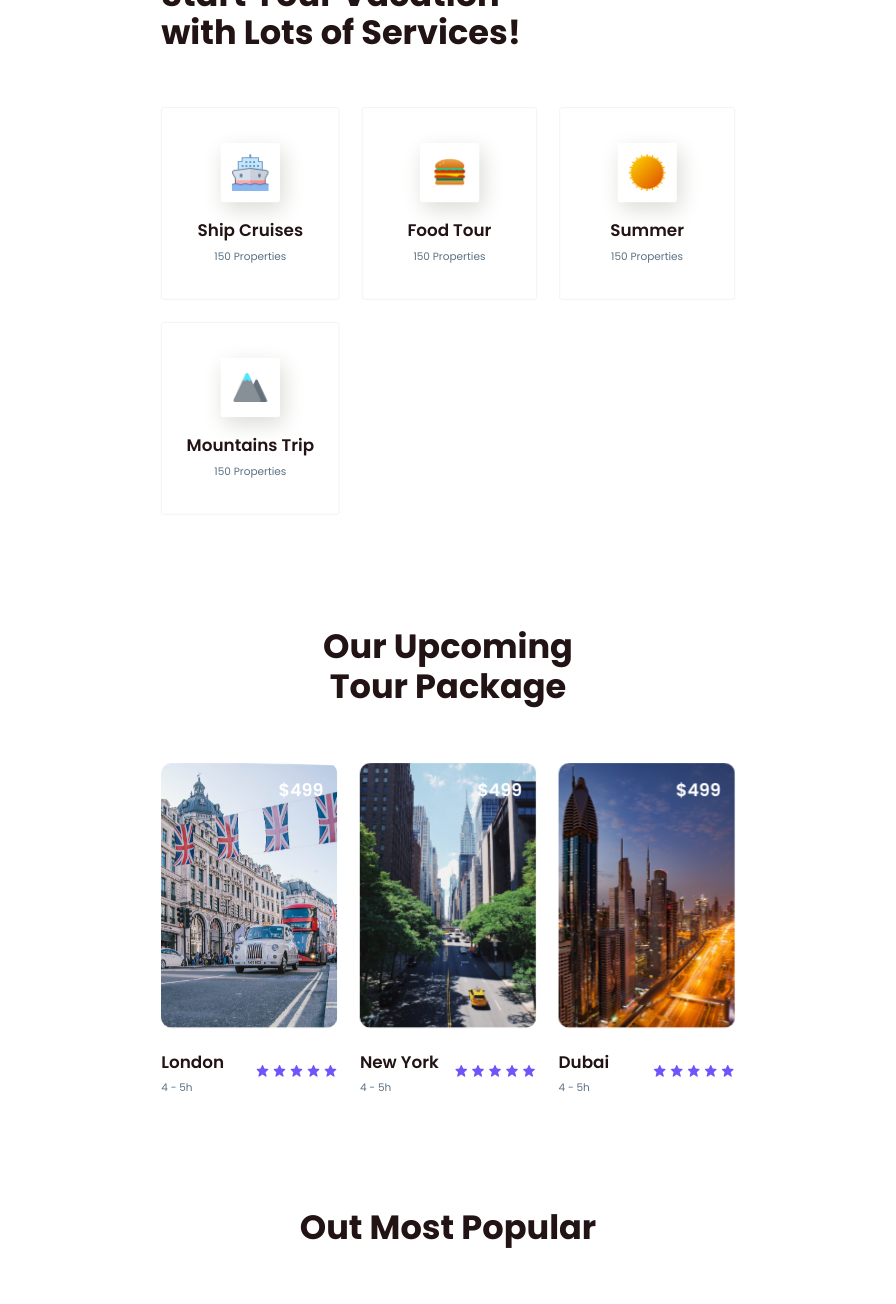
Repository: iamwind-dev/QLTourDuLich
Page: index.html
These files come from the project's save history. The page is drawn as it stood at one moment and after the next save; the edit follows.
The browser window is 1280 px wide. The pictures show the part of the page from y = 833 to 2753 px (the page is 2696 px tall before and 2753 px after), at 70% of full size.
Some web fonts or font styles are not loaded; a fallback is used.

Above is the page before, as saved 2023-11-06 00:19:30.

### index.html
<!DOCTYPE htmL>
<html>

<head>
    <meta charset="utf-8">
    <meta name="viewport" content="width=device-width, initial-scale=1" > <title>Complete Travel Website Html Css
    </title>
    <link rel="stylesheet" type="text/css" href="./css/style.css">
    <link rel="stylesheet" href="https://unpkg.com/boxicons@latest/css/boxicons.min.css">
    <link rel="preconnect" href="https://fonts-googleapis.com" >
    <link rel="preconnect" href="https://fonts.gstatic.com" crossorigin>
    <link href="https://fonts.googleapis.com/css2?family=Paytone+One&family=Poppins:wght@100;200;300;400;500;600;700;800;900&display=swap" rel="stylesheet">
</head>
<body>
<!-- header -->

<header>
    <a href="#" class="logo">Travel</a>
    <div class="bx bx-menu" id="menu-icon"></div>
        <ul class="navbar">
            <li><a href="#">Home</a></li>
            <li><a href="#">Package</a></li>
            <li><a href="#">Destination</a></li>
            <li><a href="#">Contact Us</a></li>
        </ul>
</header>
<!-- Home section -->

<section class="home" id="home">
    <div class="home-text">
        <h1>Duong <br> Travel</h1>
        <p>EMmdadas</p>
        <a href="#" class="home-btn">Let go now</a>
    </div>
</section>
<!-- Container -->
<section class="container">
    <div class="text">
        <h2>Start Your Vacation <br>with Lots of Services!</h2>
    </div>
    <div class="row-items">
        <div class="container-box">
            <div class="container-img">
                <img src="./img/icons8-ship-80.png" alt="">
            </div>
            <h4>Ship Cruises</h4>
            <p>150 Properties</p>
        </div>

        <div class="container-box">
            <div class="container-img">
                <img src="./img/icons8-hamburger-80.png" alt="">
            </div>
            <h4>Food Tour</h4>
            <p>150 Properties</p>
        </div>

        <div class="container-box">
            <div class="container-img">
                <img src="./img/icons8-summer-80.png" alt="">
            </div>
            <h4>Summer</h4>
            <p>150 Properties</p>
        </div>

        <div class="container-box">
            <div class="container-img">
                <img src="./img/icons8-mountain-80.png" alt="">
            </div>
            <h4>Mountains Trip</h4>
            <p>150 Properties</p>
        </div>

    </div>
</section>

<!-- Package Section -->

<section class="package" id="package">
    <div class="title">
        <h2>
            Our Upcoming <br> Tour Package
        </h2>
    </div>
    <div class="package-content">
        <div class="box">
            <div class="thum">
                <img src="./img/sabrina-mazzeo-g-krQzQo9mI-unsplash.jpg" alt="" width="200px" style="border-radius: 15px;">
                <h3>$499</h3>
            </div>
            <div class="dest-content">
                <div class="location">
                    <h4>London</h4>
                    <p>4 - 5h</p>
                </div>
                <div class="stars">
                    <a href="#">
                        <i class="bx bxs-star"></i>
                    </a>
                    <a href="#">
                        <i class="bx bxs-star"></i>
                    </a>
                    <a href="#">
                        <i class="bx bxs-star"></i>
                    </a>
                    <a href="#">
                        <i class="bx bxs-star"></i>
                    </a>
                    <a href="#">
                        <i class="bx bxs-star"></i>
                    </a>
                </div>
            </div>
        </div>

        <div class="box">
            <div class="thum">
                <img src="./img/robert-bye-WTPp4wgourk-unsplash.jpg" alt="" width="200px" style="border-radius: 15px;">
                <h3>$499</h3>
            </div>
            <div class="dest-content">
                <div class="location">
                    <h4>New York</h4>
                    <p>4 - 5h</p>
                </div>
                <div class="stars">
                    <a href="#">
                        <i class="bx bxs-star"></i>
                    </a>
                    <a href="#">
                        <i class="bx bxs-star"></i>
                    </a>
                    <a href="#">
                        <i class="bx bxs-star"></i>
                    </a>
                    <a href="#">
                        <i class="bx bxs-star"></i>
                    </a>
                    <a href="#">
                        <i class="bx bxs-star"></i>
                    </a>
                </div>
            </div>
        </div>

        <div class="box">
            <div class="thum">
                <img src="./img/ryan-miglinczy-02n9_v-d1yY-unsplash.jpg" alt="" width="200px" style="border-radius: 15px;">
                <h3>$499</h3>
            </div>
            <div class="dest-content">
                <div class="location">
                    <h4>Dubai</h4>
                    <p>4 - 5h</p>
                </div>
                <div class="stars">
                    <a href="#">
                        <i class="bx bxs-star"></i>
                    </a>
                    <a href="#">
                        <i class="bx bxs-star"></i>
                    </a>
                    <a href="#">
                        <i class="bx bxs-star"></i>
                    </a>
                    <a href="#">
                        <i class="bx bxs-star"></i>
                    </a>
                    <a href="#">
                        <i class="bx bxs-star"></i>
                    </a>
                </div>
            </div>
        </div>



    </div>
</section>

<!-- Destination -->
<section>
    <div class="destination" id="destination">
        <div class="title">
            <h2>Out Most Popular <br> </h2>
        </div>
    </div>
</section>
<!-- link to JS -->
  <script type="text/javascript" src="./js/script.js"></script>
</body>

</html>

### css/style.css
*{
padding: 0;
margin: 0;
box-sizing: border-box;
font-family: 'Poppins', sans-serif;
text-decoration: none;
list-style: none;
scroll-behavior: smooth;
}
:root{
--bg-color: #fff;
--text-color: #221314;
--second-color: #5a7184;
--main-color: #6e54fa;
--big-font: 6rem;
--h2-font: 3rem;
--p-font: 1.1rem;
}
body{
    background: var(--bg-color);
    color: var(--text-color);
}
header{
    position: fixed;
    top: 0;
    right: 0;
    width: 100%;
    z-index: 1000;
    display: flex;
    align-items: center;
    justify-content: space-between;
    background: transparent;
    padding: 30px 18%;
    transition: ease .40s;
}

.logo{
    font-size: 35px;
    font-weight: 600;
    letter-spacing: 1px;
    color: var(--bg-color);

}

.navbar{
    display: flex;

}

.navbar a{
    color: var(--bg-color);
    font-size: var(--p-font);
    font-weight: 500;
    padding:10px 22px;
    border-radius: 4px;
    transition: ease .40s;

}

.navbar a:hover{
    background: var(--bg-color);
    color: var(--text-color);
    box-shadow: 5px 10px 30px rgb(85 85 85/20%);
    border-radius: 4px;
}

#menu-icon{
    color: var(--bg-color);
    font-size: 35px;
    z-index: 10001;
    cursor: pointer;
    display: none;
}

section{
    padding: 80px 18%;
}
.home{
    position: relative;
    width: 100%;
    height: 100vh;
    background: url(/img/wallpaperflare.com_wallpaper3.jpg);
    background-size: cover;
    background-position: center;
    display: grid;
    grid-template-columns: repeat(1,1fr);
    align-items: center;
}
.home-text h1{
 font-size: var(--big-font);
 line-height: 1.2;
 color: var(--bg-color);
 font-family: 'Paytone One', sans-serif;
 letter-spacing: 4px;
 margin-bottom: 20px;
}

.home-text p{
    color: #ffffffbf;
    font-size: 20px;
    font-weight: 400;
    line-height: 38px;
    margin-bottom: 50px;

}
.home-btn{
    display: inline-block;
    font-size: 16px;
    padding: 15px 30px;
    background: #ffffffbf;
    color: var(--main-color);
    border-radius: 4px;
    transition: ease .40s;
}
.home-btn:hover{
    background: var(--bg-color);
    transform: scale(1.1);

}
header.sticky{
    background: var(--bg-color);
    padding: 10px 18%;
    box-shadow: rgba(33, 35, 38, 0.1) 0px 10px 10px -10px;
}
.sticky .logo{
    color: var(--text-color);
}
.sticky .navbar a{
    color: var(--text-color);
}
.text h2{
    font-size: var(--h2-font);
    line-height: 1.1;

}

.row-items{
    display: grid;
    grid-template-columns: repeat(auto-fit,minmax(200px,auto));
    grid-gap: 2rem;
    align-items: center;
    text-align: center;
    margin-top: 5rem;

}
.container-box{
    background: var(--bg-color);
    border: 1px solid #f0eded;
    padding: 50px 10px;
    border-radius: 4px;
    transition: all 1s ease 0s ;
    cursor: pointer;
}
.container-img img{
    height: 85px;
    width: 85px;
    padding: 15px;
    background: var(--bg-color);
    box-shadow: 5px 10px 30px rgb(219, 219, 214);
    border-radius: 4px;
    margin-bottom: 15px;
    cursor: pointer;
}
.container-box h4{
    font-size: 24px;
    font-weight: 600;
    margin-bottom: 8px;

}

.container-box p{
    font-size: 15px;
    color: var(--second-color);

}
.container-box:hover{
    box-shadow: 5px 30px 56.1276px rgb(160, 159, 159);
    border: 1px solid transparent;
    transform: translateY(-3px);
}
.title{
    text-align: center;
}
.title h2{
    font-size: var(--h2-font);
    line-height: 1.2;
}

.package-content{
    display: grid;
    grid-template-columns: repeat(auto-fit,minmax(200px,auto));
    grid-gap: 2rem;
    align-items: center;
    margin-top: 5rem;
}
.thum{
    position: relative;
    transition: all .3s cubic-bezier(.445,.05,.55.95);
    will-change: filter;
    cursor: pointer;
}
.thum img{
    width: 100%;
    height: auto;

}

.thum h3{
    position: absolute;
    font-size: 25px;
    font-weight: 600;
    text-align: right;
    color: var(--bg-color);
    top:20px;
    right: 20px;
}
.dest-content{
    display: flex;
    flex-wrap: wrap;
    align-items: center;
    justify-content: space-between;
    padding-top: 24px;

}

.stars i{
    color: var(--main-color);
    font-size: 20px;

}

.location h4{
    font-size: 24px;
    font-weight: 600;
    margin-bottom: 8px;

}

.location p{
    font-size: 15px;
    color: var(--second-color);

}

.thum:hover{
    filter: brightness(100%) hue-rotate(50deg);
    transform: scale(1.04);

}

### js/script.js
const header = document.querySelector("header");

window.addEventListener("scroll", function () {
    header.classList.toggle("sticky", window.scrollY>0);
})

After the next save:
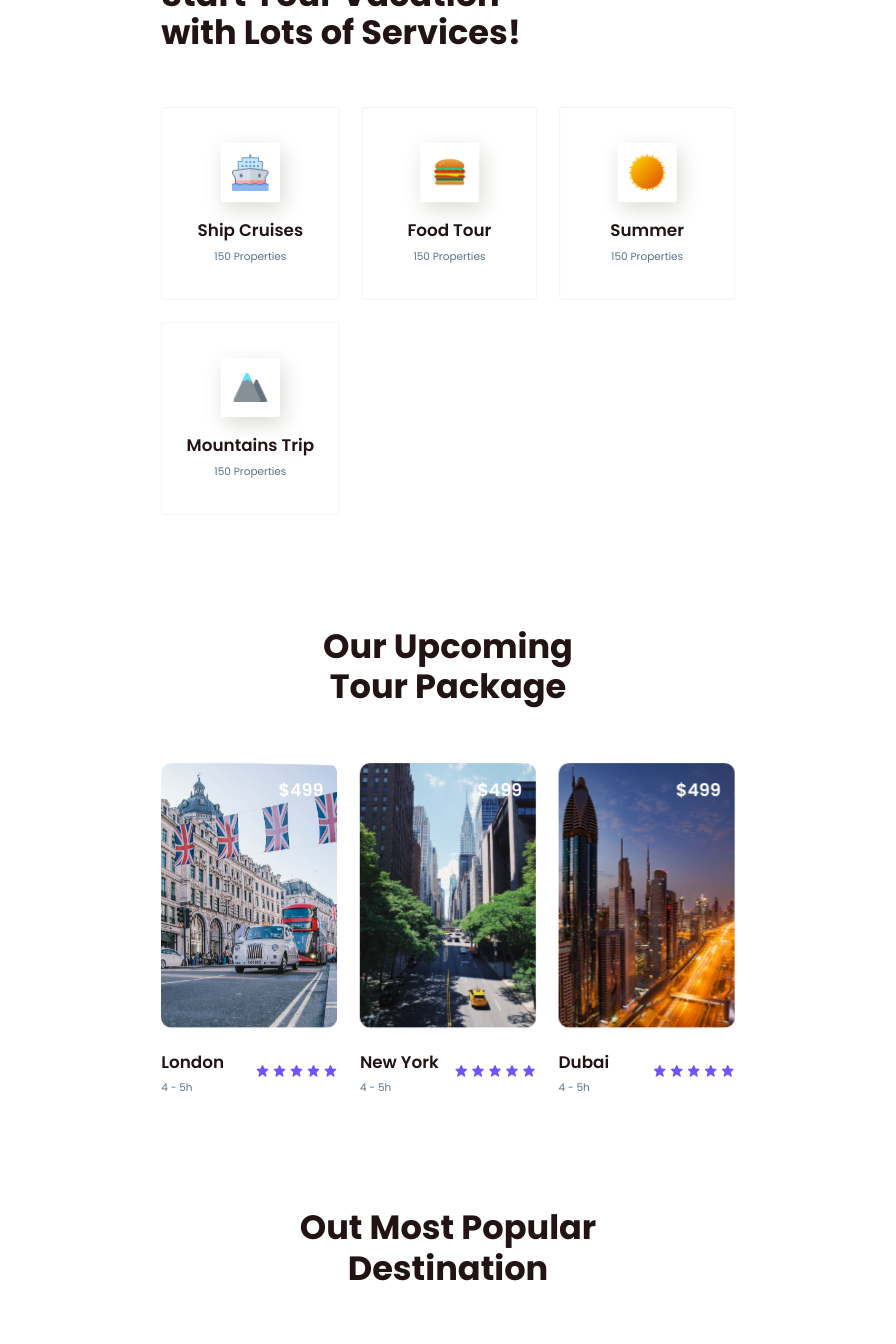
Saved 5 s later.
--- a/index.html
+++ b/index.html
@@ -182,7 +182,7 @@
 <section>
     <div class="destination" id="destination">
         <div class="title">
-            <h2>Out Most Popular <br> </h2>
+            <h2>Out Most Popular <br> Destination </h2>
         </div>
     </div>
 </section>
